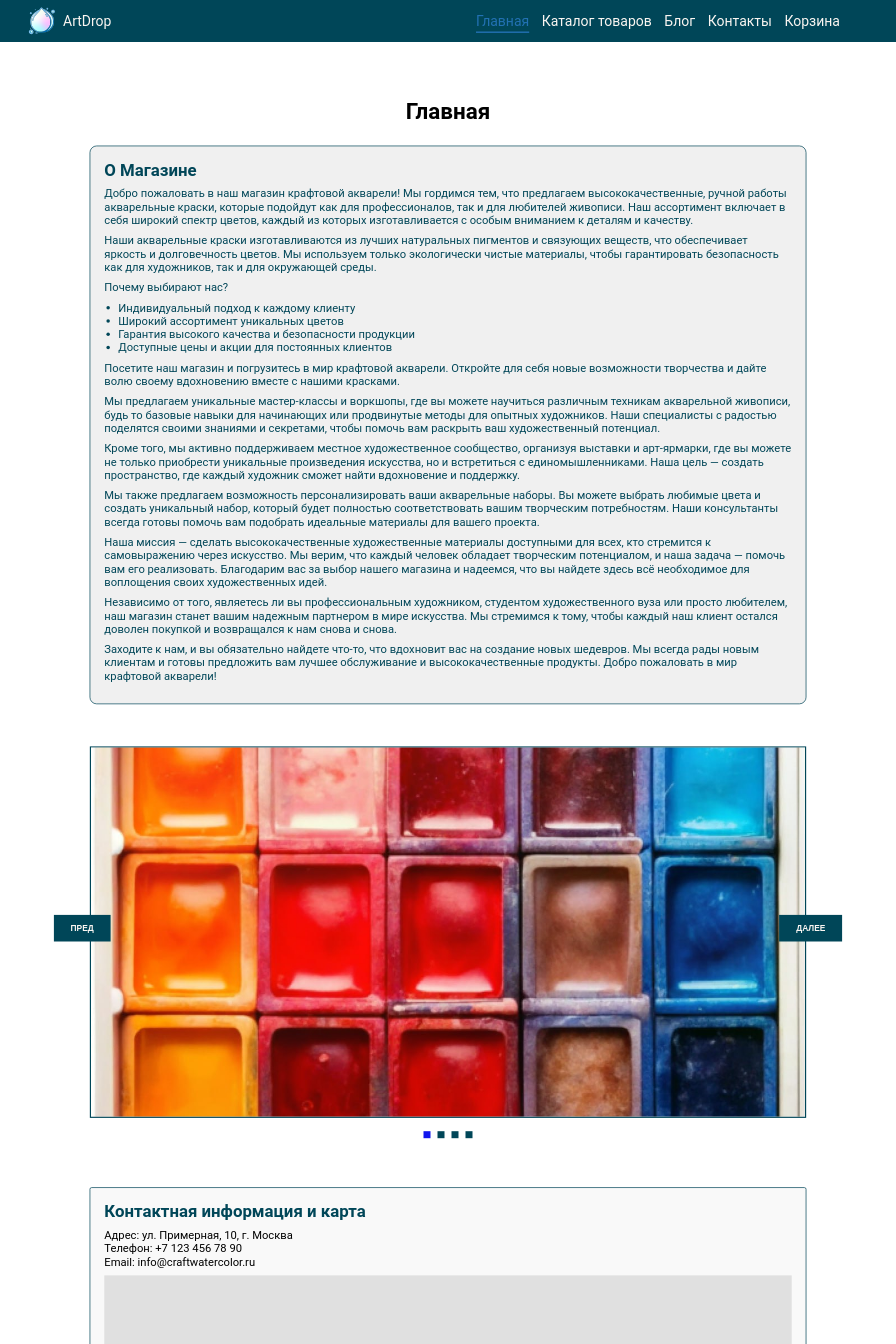
Repository: mnats725/art-drop
Page: index.html
These files come from the project's save history. The page is drawn as it stood at one moment and after the next save; the edit follows.
The browser window is 1280 px wide. The pictures show the part of the page from y = 0 to 1920 px (the page is 2783 px tall before and 2793 px after), at 70% of full size.
Pictures or frames that could not be fetched are drawn as grey boxes.

Above is the page before, as saved 2024-05-21 00:45:28.

### index.html
<!DOCTYPE html>
<html lang="en">
<head>
    <meta charset="UTF-8">
    <meta http-equiv="X-UA-Compatible" content="IE=edge">
    <meta name="viewport" content="width=device-width, initial-scale=1.0">
    <title>ArtDrop</title>
    <link rel="stylesheet" href="./css/style.css">
    <link rel="stylesheet" href="./css/content.css">
    <link href="https://fonts.googleapis.com/css2?family=Montserrat:wght@400;700&display=swap" rel="stylesheet">
</head>
<body>
    <div class="wrapper">
        <header class="header">
            <!-- Шапка -->
            <div class="logo">
                <a href="index.html">
                    <img src="./assets/img/logo.svg" alt="ArtDrop Logo">
                    <span>ArtDrop</span>
                </a>
            </div>
            <!-- Меню сайта -->
            <nav class="nav">
                <ul>
                    <li class="active">Главная</li>
                    <li>Каталог товаров</li>
                    <li>Блог</li>
                    <li>Контакты</li>
                    <li>Корзина</li>
                </ul>
            </nav>
            <!-- Иконка бургерменю -->
            <div class="burger">
                <span></span>
            </div>
        </header>
    </div>

    <div class="content">
        <h1 class="content-title">Главная</h1>
        <section class="store-info">
          <h2>О Магазине</h2>
          <p>Добро пожаловать в наш магазин крафтовой акварели! Мы гордимся тем, что предлагаем высококачественные, ручной работы акварельные краски, которые подойдут как для профессионалов, так и для любителей живописи. Наш ассортимент включает в себя широкий спектр цветов, каждый из которых изготавливается с особым вниманием к деталям и качеству.</p>
          <p>Наши акварельные краски изготавливаются из лучших натуральных пигментов и связующих веществ, что обеспечивает яркость и долговечность цветов. Мы используем только экологически чистые материалы, чтобы гарантировать безопасность как для художников, так и для окружающей среды.</p>
          <p>Почему выбирают нас?</p>
          <ul>
              <li>Индивидуальный подход к каждому клиенту</li>
              <li>Широкий ассортимент уникальных цветов</li>
              <li>Гарантия высокого качества и безопасности продукции</li>
              <li>Доступные цены и акции для постоянных клиентов</li>
          </ul>
          <p>Посетите наш магазин и погрузитесь в мир крафтовой акварели. Откройте для себя новые возможности творчества и дайте волю своему вдохновению вместе с нашими красками.</p>
          <p>Мы предлагаем уникальные мастер-классы и воркшопы, где вы можете научиться различным техникам акварельной живописи, будь то базовые навыки для начинающих или продвинутые методы для опытных художников. Наши специалисты с радостью поделятся своими знаниями и секретами, чтобы помочь вам раскрыть ваш художественный потенциал.</p>
          <p>Кроме того, мы активно поддерживаем местное художественное сообщество, организуя выставки и арт-ярмарки, где вы можете не только приобрести уникальные произведения искусства, но и встретиться с единомышленниками. Наша цель — создать пространство, где каждый художник сможет найти вдохновение и поддержку.</p>
          <p>Мы также предлагаем возможность персонализировать ваши акварельные наборы. Вы можете выбрать любимые цвета и создать уникальный набор, который будет полностью соответствовать вашим творческим потребностям. Наши консультанты всегда готовы помочь вам подобрать идеальные материалы для вашего проекта.</p>
          <p>Наша миссия — сделать высококачественные художественные материалы доступными для всех, кто стремится к самовыражению через искусство. Мы верим, что каждый человек обладает творческим потенциалом, и наша задача — помочь вам его реализовать. Благодарим вас за выбор нашего магазина и надеемся, что вы найдете здесь всё необходимое для воплощения своих художественных идей.</p>
          <p>Независимо от того, являетесь ли вы профессиональным художником, студентом художественного вуза или просто любителем, наш магазин станет вашим надежным партнером в мире искусства. Мы стремимся к тому, чтобы каждый наш клиент остался доволен покупкой и возвращался к нам снова и снова.</p>
          <p>Заходите к нам, и вы обязательно найдете что-то, что вдохновит вас на создание новых шедевров. Мы всегда рады новым клиентам и готовы предложить вам лучшее обслуживание и высококачественные продукты. Добро пожаловать в мир крафтовой акварели!</p>
      </section>
        <main class="carousel-container">
            <div class="carousel">
              <div class="item active">
                <img src="./assets/img/colores/photo_1_2024-05-20_20-57-42.jpg" alt="Image 1" />
              </div>
              <div class="item">
                <img src="./assets//img/colores/photo_2_2024-05-20_20-57-42.jpg" alt="Image 2" />
              </div>
              <div class="item">
                <img src="./assets/img/colores/photo_3_2024-05-20_20-57-42.jpg" alt="Image 3" />
              </div>
              <div class="item">
                <img src="./assets/img/colores/photo_4_2024-05-20_20-57-42.jpg" alt="Image 4" />
              </div>
            </div>
            <button class="btn prev">Пред</button>
            <button class="btn next">Далее</button>
            <br>
            <div class="dots"></div>
          </main>

          <section class="contact-info">
            <h2>Контактная информация и карта</h2>
            <p>Адрес: ул. Примерная, 10, г. Москва</p>
            <p>Телефон: +7 123 456 78 90</p>
            <p>Email: info@craftwatercolor.ru</p>
            <div id="map"><iframe src="https://www.google.com/maps/embed?pb=!1m18!1m12!1m3!1d26449.478999227773!2d-118.24984591411743!3d34.03912846642446!2m3!1f0!2f0!3f0!3m2!1i1024!2i768!4f13.1!3m3!1m2!1s0x80c2c6029c9a59e9%3A0xec9ea70c76393a94!2z0JHQvtC50Lst0KXQtdC50YLRgSwg0JvQvtGBLdCQ0L3QtNC20LXQu9C10YEsINCa0LDQu9C40YTQvtGA0L3QuNGPLCDQodCo0JA!5e0!3m2!1sru!2sru!4v1716241062162!5m2!1sru!2sru" width="100%" height="100%" style="border:0;" allowfullscreen="" loading="lazy" referrerpolicy="no-referrer-when-downgrade"></iframe></div>
        </section>
    </div>

    <div class="pg-footer">
        <footer class="footer">
          <svg class="footer-wave-svg" xmlns="http://www.w3.org/2000/svg" viewBox="0 0 1200 100" preserveAspectRatio="none">
            <path class="footer-wave-path" d="M851.8,100c125,0,288.3-45,348.2-64V0H0v44c3.7-1,7.3-1.9,11-2.9C80.7,22,151.7,10.8,223.5,6.3C276.7,2.9,330,4,383,9.8 c52.2,5.7,103.3,16.2,153.4,32.8C623.9,71.3,726.8,100,851.8,100z"></path>
          </svg>
          <div class="footer-content">
            <div class="footer-content-column">
              <div class="footer-logo">
                <a class="footer-logo-link" href="#">
                  <span class="hidden-link-text">ArtDrop</span>
                  <h1>ArtDrop</h1>
                </a>
              </div>
              <div class="footer-menu">
                <h2 class="footer-menu-name"> Get Started</h2>
                <ul id="menu-get-started" class="footer-menu-list">
                  <li class="menu-item menu-item-type-post_type menu-item-object-product">
                    <a href="#">Start</a>
                  </li>
                  <li class="menu-item menu-item-type-post_type menu-item-object-product">
                    <a href="#">Documentation</a>
                  </li>
                  <li class="menu-item menu-item-type-post_type menu-item-object-product">
                    <a href="#">Installation</a>
                  </li>
                </ul>
              </div>
            </div>
            <div class="footer-content-column">
              <div class="footer-menu">
                <h2 class="footer-menu-name"> Company</h2>
                <ul id="menu-company" class="footer-menu-list">
                  <li class="menu-item menu-item-type-post_type menu-item-object-page">
                    <a href="#">Contact</a>
                  </li>
                  <li class="menu-item menu-item-type-taxonomy menu-item-object-category">
                    <a href="#">News</a>
                  </li>
                  <li class="menu-item menu-item-type-post_type menu-item-object-page">
                    <a href="#">Careers</a>
                  </li>
                </ul>
              </div>
              <div class="footer-menu">
                <h2 class="footer-menu-name"> Legal</h2>
                <ul id="menu-legal" class="footer-menu-list">
                  <li class="menu-item menu-item-type-post_type menu-item-object-page menu-item-privacy-policy menu-item-170434">
                    <a href="#">Privacy Notice</a>
                  </li>
                  <li class="menu-item menu-item-type-post_type menu-item-object-page">
                    <a href="#">Terms of Use</a>
                  </li>
                </ul>
              </div>
            </div>
            <div class="footer-content-column">
              <div class="footer-menu">
                <h2 class="footer-menu-name"> Quick Links</h2>
                <ul id="menu-quick-links" class="footer-menu-list">
                  <li class="menu-item menu-item-type-custom menu-item-object-custom">
                    <a target="_blank" rel="noopener noreferrer" href="#">Support Center</a>
                  </li>
                  <li class="menu-item menu-item-type-custom menu-item-object-custom">
                    <a target="_blank" rel="noopener noreferrer" href="#">Service Status</a>
                  </li>
                  <li class="menu-item menu-item-type-post_type menu-item-object-page">
                    <a href="#">Security</a>
                  </li>
                  <li class="menu-item menu-item-type-post_type menu-item-object-page">
                    <a href="#">Blog</a>
                  </li>
                  <li class="menu-item menu-item-type-post_type_archive menu-item-object-customer">
                    <a href="#">Customers</a></li>
                  <li class="menu-item menu-item-type-post_type menu-item-object-page">
                    <a href="#">Reviews</a>
                  </li>
                </ul>
              </div>
            </div>
            <div class="footer-content-column">
              <div class="footer-call-to-action">
                <h2 class="footer-call-to-action-title"> Let's Chat</h2>
                <p class="footer-call-to-action-description"> Have a support question?</p>
                <a class="footer-call-to-action-button button" href="#" target="_self"> Get in Touch </a>
              </div>
              <div class="footer-call-to-action">
                <h2 class="footer-call-to-action-title"> You Call Us</h2>
                <p class="footer-call-to-action-link-wrapper"> <a class="footer-call-to-action-link" href="tel:0124-64XXXX" target="_self"> 0124-64XXXX </a></p>
              </div>
            </div>
        </footer>
      </div>
    <script>
        document.querySelector('.burger').addEventListener('click', function() {
            this.classList.toggle('active');
            document.querySelector('.nav').classList.toggle('open');
        })
        document.addEventListener("DOMContentLoaded", function () {
        let carousel = document.querySelector(".carousel");
       let items = carousel.querySelectorAll(".item");
        let dotsContainer = document.querySelector(".dots");

       // Insert dots into the DOM
       items.forEach((_, index) => {
      let dot = document.createElement("span");
      dot.classList.add("dot");
      if (index === 0) dot.classList.add("active");
      dot.dataset.index = index;
    dotsContainer.appendChild(dot);
  });

  let dots = document.querySelectorAll(".dot");

  // Function to show a specific item
  function showItem(index) {
    items.forEach((item, idx) => {
      item.classList.remove("active");
      dots[idx].classList.remove("active");
      if (idx === index) {
        item.classList.add("active");
        dots[idx].classList.add("active");
      }
    });
  }

  // Event listeners for buttons
  document.querySelector(".prev").addEventListener("click", () => {
    let index = [...items].findIndex((item) =>
      item.classList.contains("active")
    );
    showItem((index - 1 + items.length) % items.length);
  });

  document.querySelector(".next").addEventListener("click", () => {
    let index = [...items].findIndex((item) =>
      item.classList.contains("active")
    );
    showItem((index + 1) % items.length);
  });

  // Event listeners for dots
  dots.forEach((dot) => {
    dot.addEventListener("click", () => {
      let index = parseInt(dot.dataset.index);
      showItem(index);
    });
  });
});

    </script>
</body>
</html>

### css/style.css
html, body {
    height: 100%;
    width: 100%;
    margin: 0;
    padding: 0;
}

body {
    display: flex;
    flex-direction: column;
    font-family: 'Roboto', sans-serif;
}

*{
    padding: 0;
    margin: 0;
    box-sizing: border-box;
}

.wrapper{
    flex-grow: 1;
}

.open{
    display: flex !important;
}

.header {
    display: flex;
    align-items: center;
    justify-content: space-between;
    min-height: 60px;
    background-color: #004658;
    color: #FAF6F2;
    padding: 0 40px;
    font-size: 20px;
}

.logo a {
    display: flex;
    align-items: center;
    text-decoration: none; /* Убираем подчеркивание ссылки */
    color: inherit; /* Наследуем цвет текста от родительского элемента */
}

.logo img {
    width: 40px; /* Укажите желаемую ширину для логотипа */
    height: auto;
    margin-right: 10px; /* Добавим небольшое расстояние между логотипом и текстом */
}

.nav {
    display: flex;
    width: 600px;
    padding: 0 40px;
}

.nav ul {
    width: 100%;
    list-style: none;
    display: flex;
    justify-content: space-between;
}

.nav ul li {
    position: relative; /* Добавим позиционирование для создания эффекта */
    cursor: pointer; /* Указатель при наведении для обозначения активного элемента */
    transition: color 0.3s ease; /* Анимация при наведении */
}

.nav ul li::after {
    content: '';
    position: absolute;
    bottom: -5px;
    left: 0;
    width: 0; /* Начальное значение нулевой ширины */
    height: 2px;
    background-color: #2271B3; /* Цвет линии */
    transition: width 0.3s ease; /* Анимация изменения ширины */
}

.nav ul li:hover::after {
    width: 100%; /* Увеличиваем ширину линии при наведении */
}

.nav ul li:hover,
.nav ul li.active { /* Изменение цвета текста при наведении и активном состоянии */
    color: #2271B3; /* Цвет текста при наведении и активном состоянии */
}

.nav ul li.active::after {
    content: '';
    position: absolute;
    bottom: -5px;
    left: 0;
    width: 100%;
    height: 2px;
    background-color: #2271B3; /* Цвет подчеркивания активного элемента */
}

* {
    margin: 0;
    padding: 0;
  }
  a {
    color: #fff;
    text-decoration: none;
  }



  .footer {
    margin-top: 100px;
      background-color: #004658;
      color: #fff;

  }
  .footer-wave-svg {
      background-color: transparent;
      display: block;
      height: 30px;
      position: relative;
      top: -1px;
      width: 100%;
  }
  .footer-wave-path {
      fill: #fffff2;
  }

  .footer-content {
      margin-left: auto;
      margin-right: auto;
      max-width: 1230px;

      padding: 40px 15px 450px;
      position: relative;
  }

  .footer-content-column {
      box-sizing: border-box;
      float: left;
      padding-left: 15px;
      padding-right: 15px;
      width: 100%;
      color: #fff;
  }

  .footer-content-column ul li a {
    color: #fff;
    text-decoration: none;
  }

  .footer-logo-link {
      display: inline-block;
  }
  .footer-menu {
      margin-top: 30px;
  }

  .footer-menu-name {
      color: #fffff2;
      font-size: 15px;
      font-weight: 900;
      letter-spacing: .1em;
      line-height: 18px;
      margin-bottom: 0;
      margin-top: 0;
      text-transform: uppercase;
  }
  .footer-menu-list {
      list-style: none;
      margin-bottom: 0;
      margin-top: 10px;
      padding-left: 0;
  }
  .footer-menu-list li {
      margin-top: 5px;
  }

  .footer-call-to-action-description {
      color: #fffff2;
      margin-top: 10px;
      margin-bottom: 20px;
  }
  .footer-call-to-action-button:hover {
      background-color: #fffff2;
      color: #00bef0;
  }
  .button:last-of-type {
      margin-right: 0;
  }
  .footer-call-to-action-button {
      background-color: #027b9a;
      border-radius: 21px;
      color: #fffff2;
      display: inline-block;
      font-size: 11px;
      font-weight: 900;
      letter-spacing: .1em;
      line-height: 18px;
      padding: 12px 30px;
      margin: 0 10px 10px 0;
      text-decoration: none;
      text-transform: uppercase;
      transition: background-color .2s;
      cursor: pointer;
      position: relative;
  }
  .footer-call-to-action {
      margin-top: 30px;
  }
  .footer-call-to-action-title {
      color: #fffff2;
      font-size: 14px;
      font-weight: 900;
      letter-spacing: .1em;
      line-height: 18px;
      margin-bottom: 0;
      margin-top: 0;
      text-transform: uppercase;
  }
  .footer-call-to-action-link-wrapper {
      margin-bottom: 0;
      margin-top: 10px;
      color: #fff;
      text-decoration: none;
  }
  .footer-call-to-action-link-wrapper a {
      color: #fff;
      text-decoration: none;
  }





  .footer-social-links {
      bottom: 0;
      height: 54px;
      position: absolute;
      right: 0;
      width: 236px;
  }

  .footer-social-amoeba-svg {
      height: 54px;
      left: 0;
      display: block;
      position: absolute;
      top: 0;
      width: 236px;
  }

  .footer-social-amoeba-path {
      fill: #027b9a;
  }

  .footer-social-link.linkedin {
      height: 26px;
      left: 3px;
      top: 11px;
      width: 26px;
  }

  .footer-social-link {
      display: block;
      padding: 10px;
      position: absolute;
  }

  .hidden-link-text {
      position: absolute;
      clip: rect(1px 1px 1px 1px);
      clip: rect(1px,1px,1px,1px);
      -webkit-clip-path: inset(0px 0px 99.9% 99.9%);
      clip-path: inset(0px 0px 99.9% 99.9%);
      overflow: hidden;
      height: 1px;
      width: 1px;
      padding: 0;
      border: 0;
      top: 50%;
  }

  .footer-social-icon-svg {
      display: block;
  }

  .footer-social-icon-path {
      fill: #fffff2;
      transition: fill .2s;
  }

  .footer-social-link.twitter {
      height: 28px;
      left: 62px;
      top: 3px;
      width: 28px;
  }

  .footer-social-link.youtube {
      height: 24px;
      left: 123px;
      top: 12px;
      width: 24px;
  }

  .footer-social-link.github {
      height: 34px;
      left: 172px;
      top: 7px;
      width: 34px;
  }


  /* Media Query For different screens */
  @media (min-width:320px) and (max-width:479px)  { /* smartphones, portrait iPhone, portrait 480x320 phones (Android) */
    .footer-content {
      margin-left: auto;
      margin-right: auto;
      max-width: 1230px;
      padding: 40px 15px 1050px;
      position: relative;
    }
  }
  @media (min-width:480px) and (max-width:599px)  { /* smartphones, Android phones, landscape iPhone */
    .footer-content {
      margin-left: auto;
      margin-right: auto;
      max-width: 1230px;
      padding: 40px 15px 1050px;
      position: relative;
    }
  }
  @media (min-width:600px) and (max-width: 800px)  { /* portrait tablets, portrait iPad, e-readers (Nook/Kindle), landscape 800x480 phones (Android) */
    .footer-content {
      margin-left: auto;
      margin-right: auto;
      max-width: 1230px;
      padding: 40px 15px 1050px;
      position: relative;
    }
  }
  @media (min-width:801px)  { /* tablet, landscape iPad, lo-res laptops ands desktops */

  }
  @media (min-width:1025px) { /* big landscape tablets, laptops, and desktops */

  }
  @media (min-width:1281px) { /* hi-res laptops and desktops */

  }




  @media (min-width: 760px) {
    .footer-content {
        margin-left: auto;
        margin-right: auto;
        max-width: 1230px;
        padding: 40px 15px 450px;
        position: relative;
    }

    .footer-wave-svg {
        height: 50px;
    }

    .footer-content-column {
        width: 24.99%;
    }
  }
  @media (min-width: 568px) {
    /* .footer-content-column {
        width: 49.99%;
    } */
  }


.burger{
    display: none;
    position: relative;
    z-index: 50;
    align-items: center;
    justify-content: flex-end;
    width: 30px;
    height: 18px;
}

.burger span{
    height: 2px;
    width: 80%;
    transform: scale(1);
    background-color: #FAF6F2;
}

.burger::before, .burger::after{
    content: '';
    position: absolute;
    height: 2px;
    width: 100%;
    background-color: #FAF6F2;
    transition: all 0.3s ease 0s;
}

.burger::before { top: 0 }

.burger::after { bottom: 0 }


/* Добавляем класс active для анимации иконки бургера */
.burger.active span { transform: scale(0) }

.burger.active::before{
    top: 50%;
    transform: rotate(-45deg) translate(0, -50%);
}

.burger.active::after{
    bottom: 50%;
    transform: rotate(45deg) translate(0, 50%);
}


/* При разрешении экрана 900px и ниже, выводим на экран иконку бургера */
@media (max-width: 900px) {

    .burger { display: flex }

    .nav{
        display: none;
        flex-direction: column;
        position: fixed;
        height: 100%;
        width: 100%;
        top: 0; bottom: 0; left: 0; right: 0;
        z-index: 50;
        overflow-y: auto;
        padding: 50px 40px;
        background-color: #388ae7;
        animation: burgerAnimation 0.4s;
    }

    .nav ul{
        flex-direction: column;
        row-gap: 30px;
    }


}

@keyframes burgerAnimation {
    from {opacity: 0}
    to {opacity: 1}
}

Loaded but not shown: css/content.css (164 lines, source omitted)

After the next save:
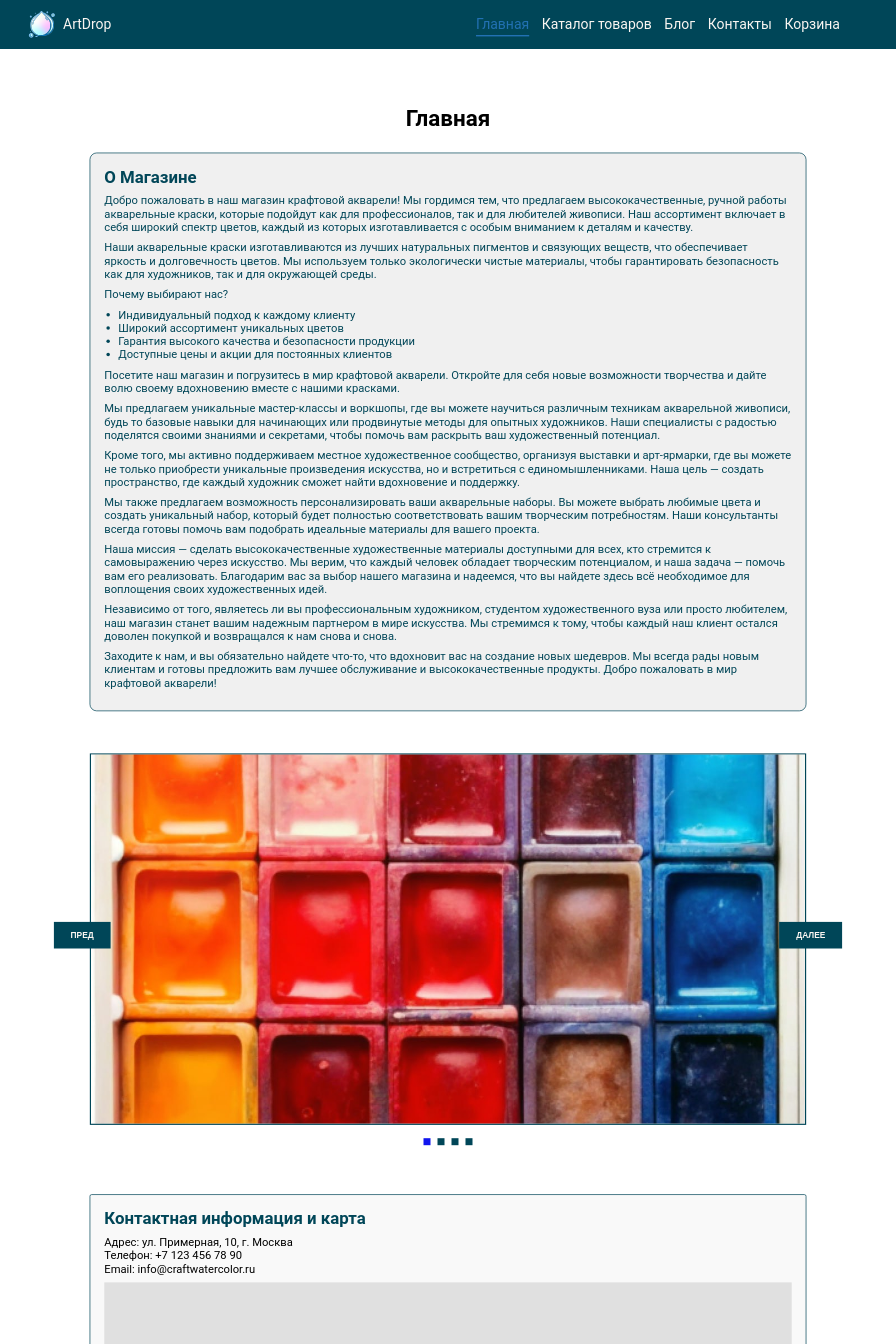
Saved 5 s later.
--- a/css/style.css
+++ b/css/style.css
@@ -29,7 +29,7 @@ body {
     display: flex;
     align-items: center;
     justify-content: space-between;
-    min-height: 60px;
+    min-height: 70px;
     background-color: #004658;
     color: #FAF6F2;
     padding: 0 40px;
